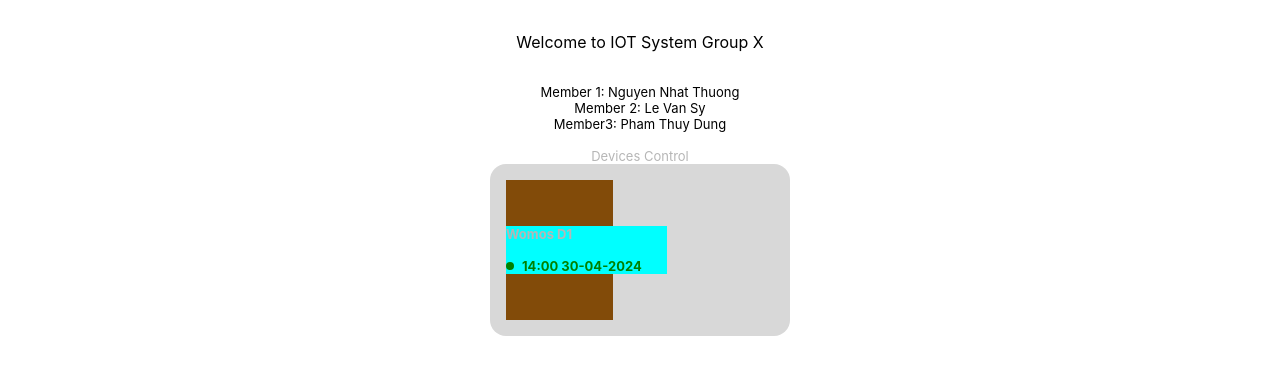
Repository: ngnhthuong/IOT_LAB
Page: /
The author's editor kept a copy of each file at every save. The page is drawn from the files as they stood at one save, then again after the next save.
The browser window is 1280 px wide. The pictures show the whole page.
The project was rebuilt for these pictures with package versions that can differ from the ones it lists, and the page was loaded fresh each time.

Above is the page before, as saved 2024-04-23 14:54:45.

After the next save:
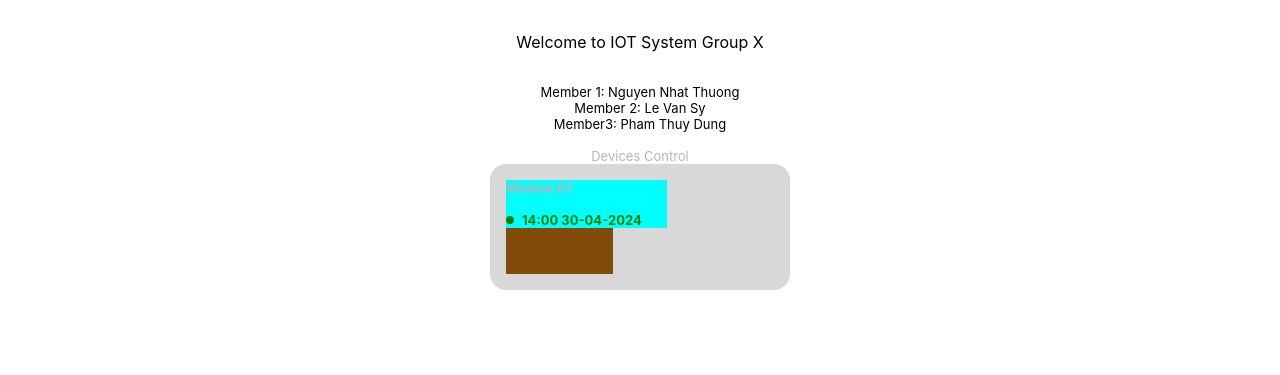
Saved 6 s later.
--- a/src/App.js
+++ b/src/App.js
@@ -12,10 +12,6 @@ function App() {
       </div>
       <div className="device">Devices Control</div>
       <div className="main_device">
-        <div className="device">
-          <div className="info"></div>
-          <div className="device_img"></div>
-        </div>
         <div className="device">
           <div className="info">
             <div className="name">Womos D1</div>
